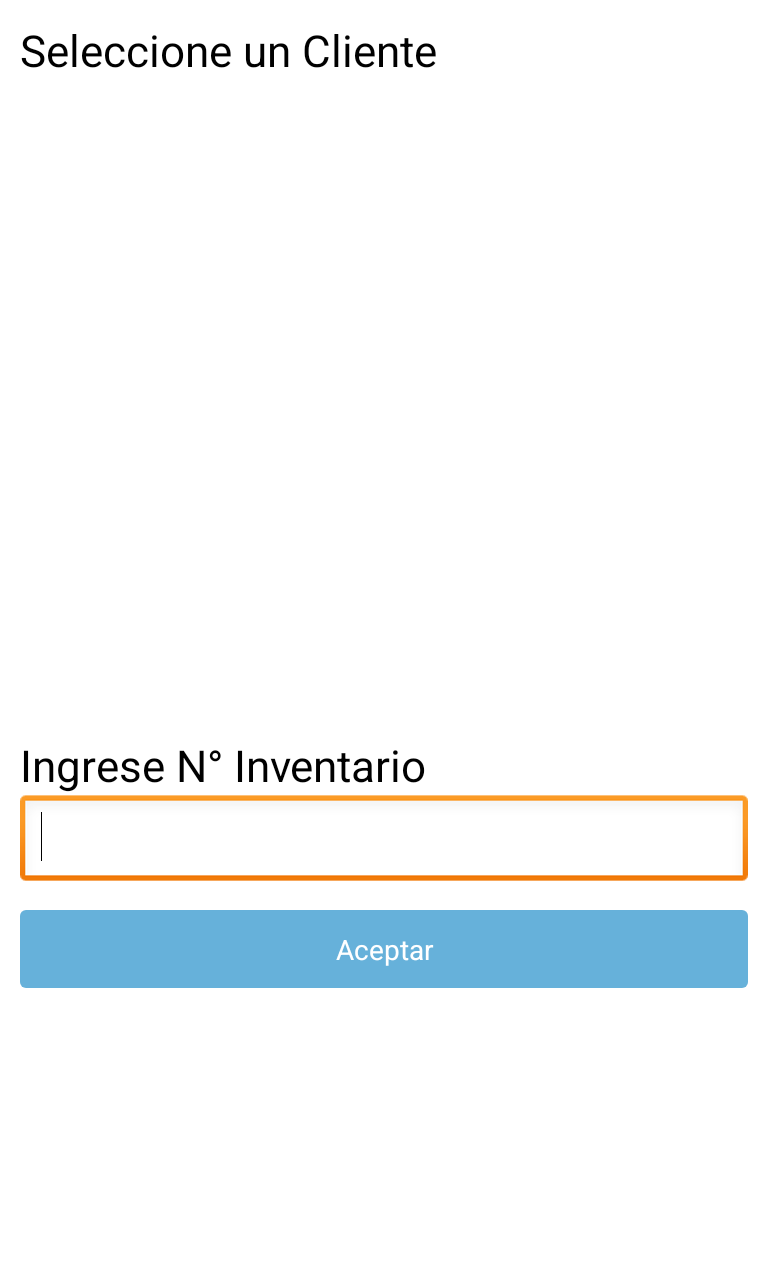
Repository: arodriguezp2003/aqandroid
Layout: BlueFlameWMS/res/layout/seleccioncliente.xml
An editor plug-in stored every save of this project. The layout is shown before and after the next save, followed by the edit.
It is drawn on a 768 x 1280 px phone screen (xhdpi) without system bars, with theme android:Theme.Light.NoTitleBar; the app's code is not run. Lists and similar views that code fills are empty.

Above is the layout before, as saved 2014-06-24 19:00:41.

### BlueFlameWMS/res/layout/seleccioncliente.xml
<?xml version="1.0" encoding="utf-8"?>
<LinearLayout xmlns:android="http://schemas.android.com/apk/res/android"
    android:layout_width="match_parent"
    android:layout_height="match_parent"
    android:orientation="vertical"
    android:padding="10dp" >



  <TextView android:layout_width="fill_parent"

        android:layout_height="wrap_content"
       android:textAppearance="?android:attr/textAppearanceLarge"
        android:text="Seleccione un Cliente"/>

  <ListView
      android:id="@+id/sc_Clientes"
      android:layout_width="match_parent"
      android:layout_height="328dp"
      android:listSelector="@drawable/lista_colors"
       >

    </ListView>

    <TextView android:layout_width="fill_parent"

        android:layout_height="wrap_content"
       android:textAppearance="?android:attr/textAppearanceLarge"
        android:text="Ingrese N° Inventario"/>

    <EditText
        android:id="@+id/NInventario"
        android:layout_width="match_parent"
        android:layout_height="wrap_content"
        android:ems="10"
        android:inputType="number" >

        <requestFocus />
    </EditText>
     <Button
        android:id="@+id/btn_aceptacliente"
        android:layout_width="match_parent"
        android:layout_height="wrap_content"
        android:layout_marginTop="10dp"
        android:background="@drawable/btn"
        android:text="@string/btn_AceptarCliente"
        android:textColor="@drawable/text_btn" />
</LinearLayout>

### BlueFlameWMS/res/drawable-mdpi/lista_colors.xml
<?xml version="1.0" encoding="utf-8"?>
<selector xmlns:android="http://schemas.android.com/apk/res/android">
    <item
     android:state_selected="false"
        android:state_pressed="false"
        android:drawable="@drawable/bg_list" />

    <item android:state_pressed="true"
        android:drawable="@drawable/bg_list_hober" />

    <item android:state_selected="true"
     android:state_pressed="false"
        android:drawable="@drawable/bg_list_hober" />
</selector>

### BlueFlameWMS/res/drawable-mdpi/btn.xml
<?xml version="1.0" encoding="utf-8"?>
<selector xmlns:android="http://schemas.android.com/apk/res/android">
    <item android:state_pressed="true" >
        <shape>
            <solid
                android:color="#124686" />

            <corners
                android:radius="3dp" />
            <padding
                android:left="10dp"
                android:top="10dp"
                android:right="10dp"
                android:bottom="10dp" />
        </shape>
    </item>
    <item >
        <shape >
            <solid
                android:color="#66b1da" />

            <corners
                android:radius="3dp" />
            <padding
                android:left="10dp"
                android:top="10dp"
                android:right="10dp"
                android:bottom="10dp" />
        </shape>
    </item>
</selector>

### BlueFlameWMS/res/values/strings.xml
<?xml version="1.0" encoding="utf-8"?>
<resources>

    <string name="app_name">BlueFlameWMS</string>
    <string name="hello_world">Hello world!</string>
    <string name="action_settings">Settings</string>
	<string name="auth">Login</string>
    <string name="user">Usuario</string>
    <string name="password">Password</string>

     <string name="btn_TareaConteoEstandar">Conteo Standard</string>
    <string name="btn_TareaConteoEstandarVAL">Validacion Standard</string>
    <string name="btn_tare_conteo_peso">Conteo Peso Variable</string>
    <string name="btn_tare_conteo_pesoVAL">Validacion Variable</string>
     <string name="btn_AceptarCliente">Aceptar</string>
</resources>

### BlueFlameWMS/res/drawable-mdpi/text_btn.xml
<?xml version="1.0" encoding="utf-8"?>
<selector
    xmlns:android="http://schemas.android.com/apk/res/android"
>
    <!-- Any Enabled button, gets White Text -->
    <item
        android:color="#FFF"
        android:state_enabled="true" />

    <!-- Buttons with any other state, get DarkGray Text -->
    <item
        android:color="#FFF"/>
</selector>

Loaded but not shown: BlueFlameWMS/res/drawable-mdpi/bg_list.xml (common file); BlueFlameWMS/res/drawable-mdpi/bg_list_hober.xml (common file)

After the next save:
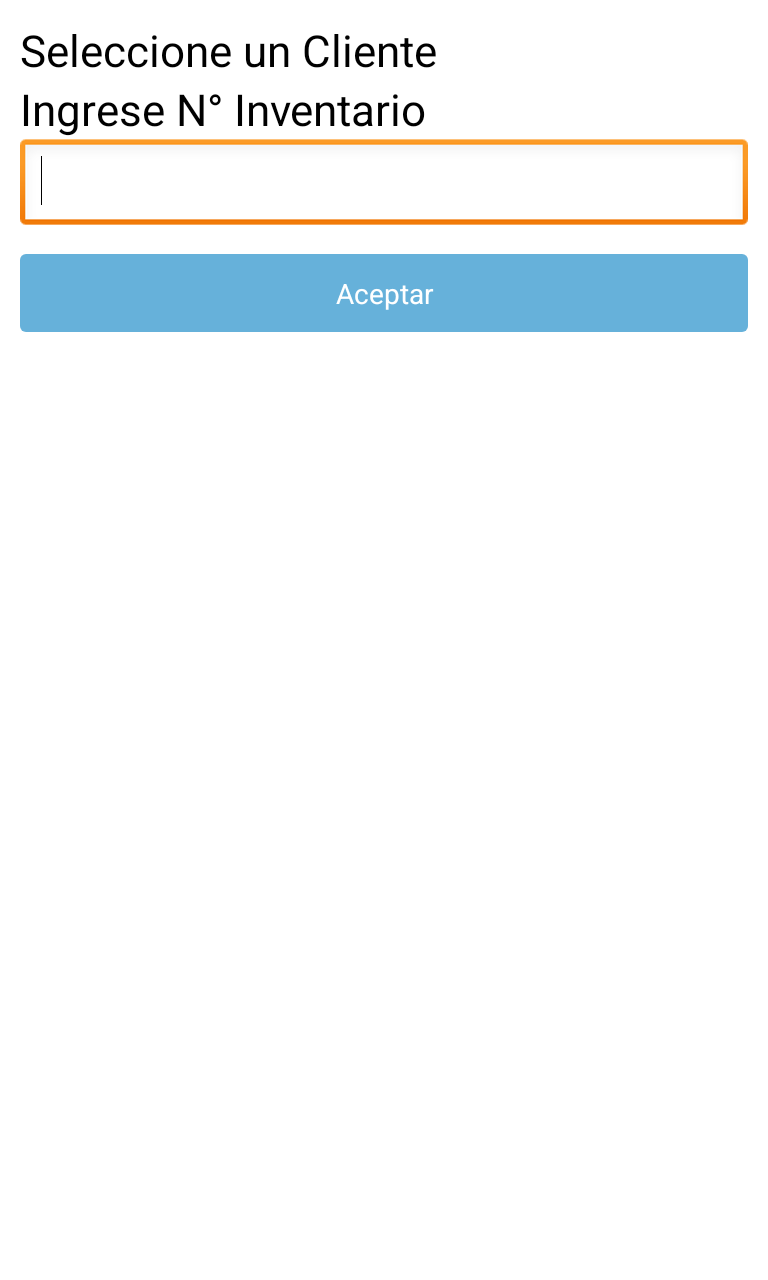
Saved 52 s later.
--- a/BlueFlameWMS/res/layout/seleccioncliente.xml
+++ b/BlueFlameWMS/res/layout/seleccioncliente.xml
@@ -17,6 +17,10 @@
       android:id="@+id/sc_Clientes"
       android:layout_width="match_parent"
       android:layout_height="328dp"
+      android:layout_width="fill_parent"
+      android:layout_height="wrap_content"
+      android:divider="#b5b5b5"
+      android:dividerHeight="1dp"
       android:listSelector="@drawable/lista_colors"
        >
 

After the 2 saves that followed:
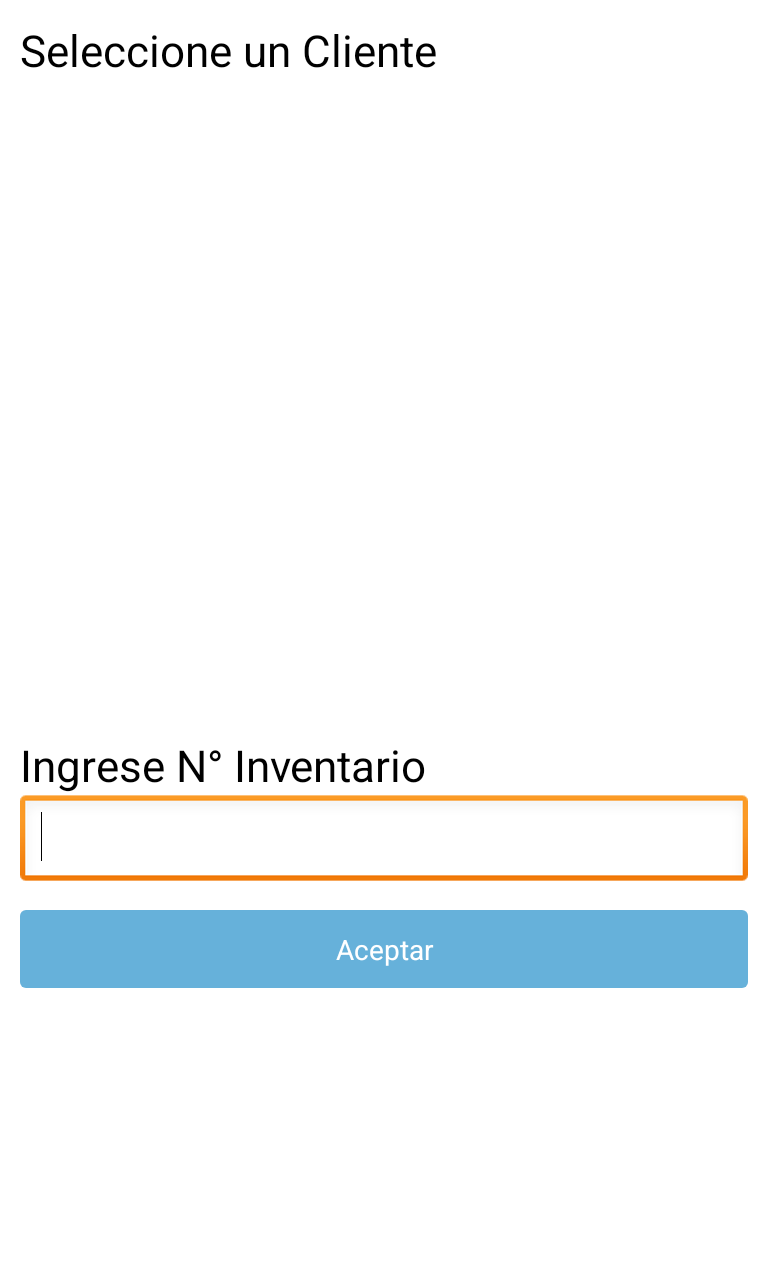
The 2 saves are shown as one change because 1 left the picture as it was.
The last was saved 27 s later.
--- a/BlueFlameWMS/res/layout/seleccioncliente.xml
+++ b/BlueFlameWMS/res/layout/seleccioncliente.xml
@@ -17,8 +17,6 @@
       android:id="@+id/sc_Clientes"
       android:layout_width="match_parent"
       android:layout_height="328dp"
-      android:layout_width="fill_parent"
-      android:layout_height="wrap_content"
       android:divider="#b5b5b5"
       android:dividerHeight="1dp"
       android:listSelector="@drawable/lista_colors"
